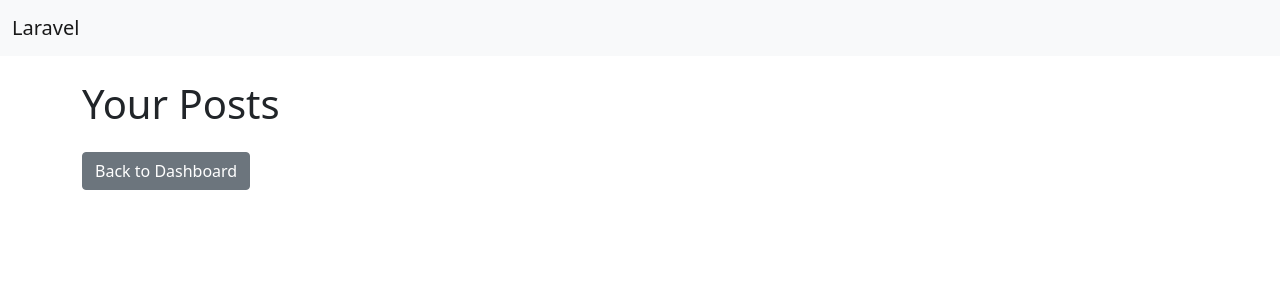
Repository: Abdulahi338/Authentication-using-laravel-11
Page: http://localhost/posts
An editor plug-in stored every save of this project. The page is shown before and after the next save, followed by the edit.
The browser window is 1280 px wide. The pictures show the whole page.
The page is served by the project's Laravel application, run on PHP 8.4 with Laravel 12. A made-up administrator, Test User (test@example.com), is signed in. Queries for data that is not in the repository find no rows.

Above is the page before, as saved 2024-10-16 11:21:38.

After the next save:
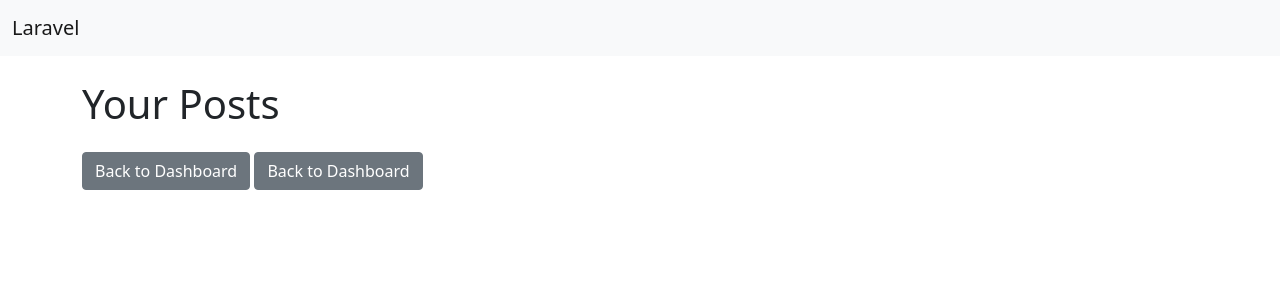
Saved 3 min 21 s later.
--- a/resources/views/posts/index.blade.php
+++ b/resources/views/posts/index.blade.php
@@ -23,6 +23,7 @@
 
         <div class="mt-4">
             <a class="btn btn-secondary" href="{{ route('dashboard') }}">Back to Dashboard</a>
+            <a class="btn btn-secondary" href="{{ route('dashboard') }}">Back to Dashboard</a>
         </div>
     </div>
 @endsection

After the save that followed:
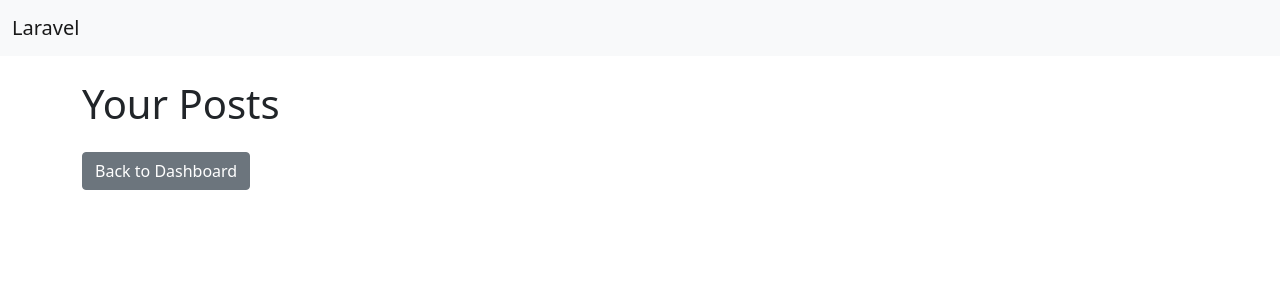
Saved 63 s later.
--- a/resources/views/posts/index.blade.php
+++ b/resources/views/posts/index.blade.php
@@ -23,7 +23,6 @@
 
         <div class="mt-4">
             <a class="btn btn-secondary" href="{{ route('dashboard') }}">Back to Dashboard</a>
-            <a class="btn btn-secondary" href="{{ route('dashboard') }}">Back to Dashboard</a>
         </div>
     </div>
 @endsection
